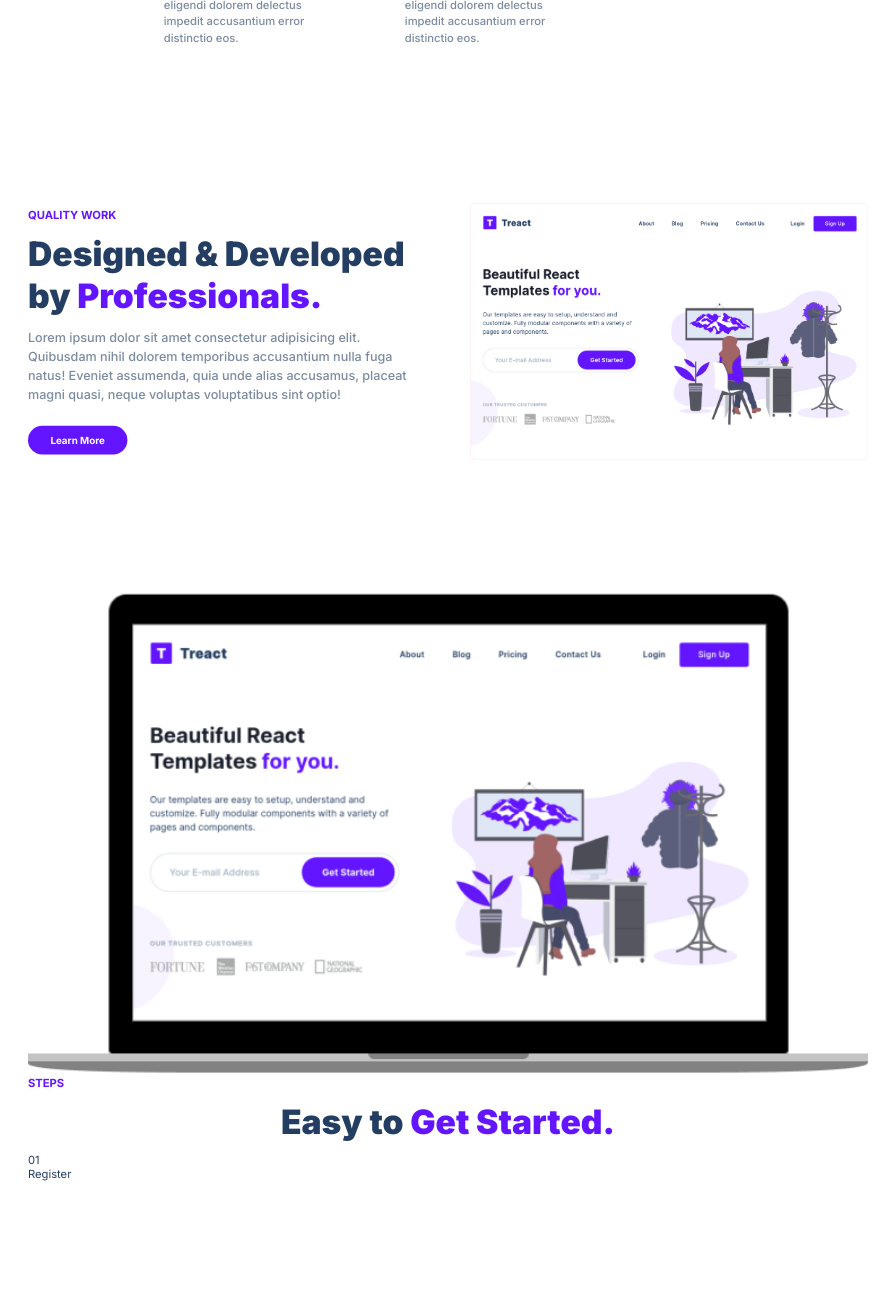
Repository: avivanguyen/m2_fianlProject
Page: index.html
These files come from the project's save history. The page is drawn as it stood at one moment and after a run of saves; the edit follows.
The browser window is 1280 px wide. The pictures show the part of the page from y = 2045 to 3965 px (the page is 3925 px tall before and 3965 px after), at 70% of full size.
Some web libraries are served in a nearby version.

Above is the page before, as saved 2025-12-09 02:21:38.

After the next 5 saves:
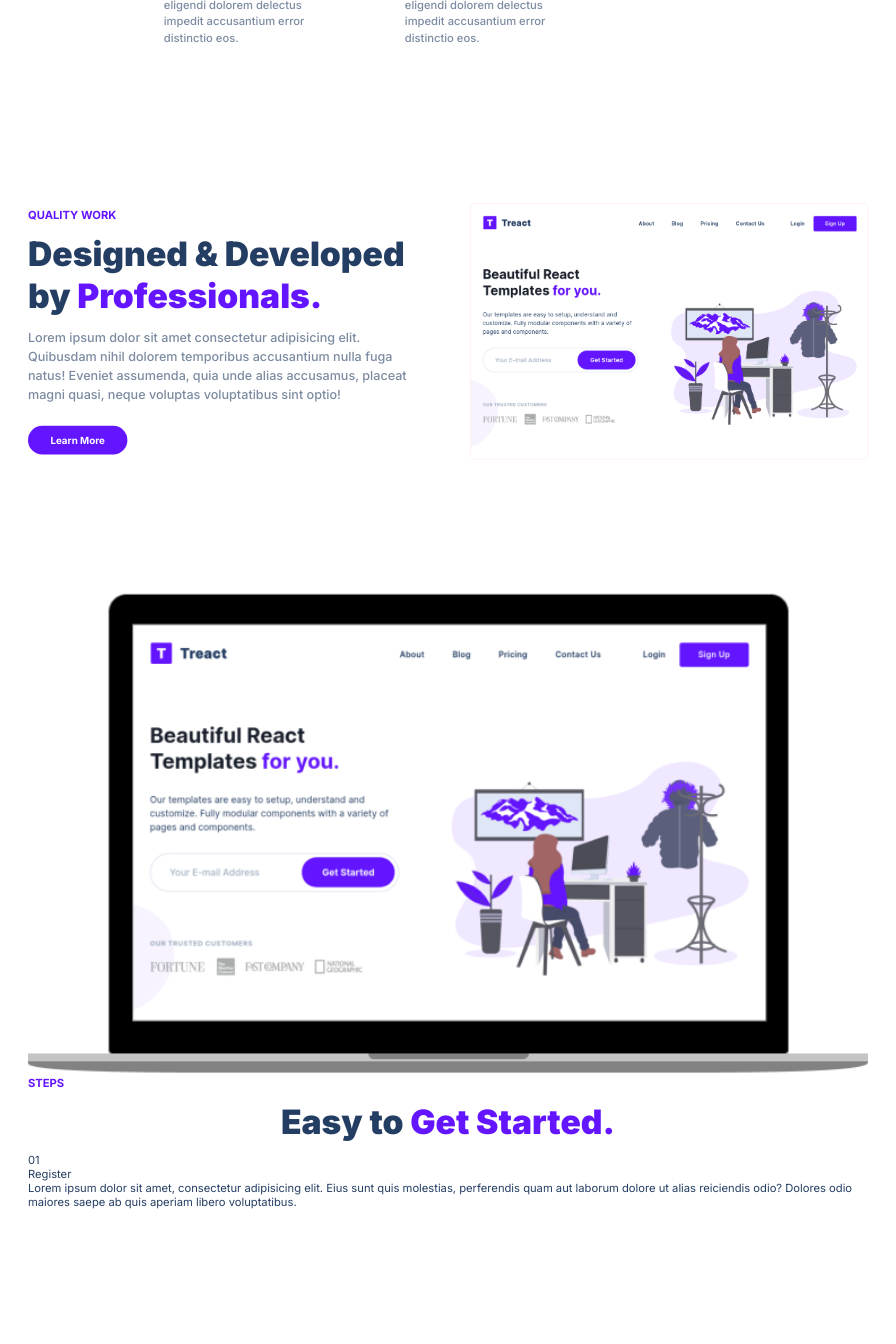
The 5 saves are shown as one change because they came seconds apart.
The last was saved 13 s later.
--- a/index.html
+++ b/index.html
@@ -167,6 +167,7 @@
                                 <div class="step__number">01</div>
                                 <div class="step__description">
                                     <div class="step__title">Register</div>
+                                    <div class="step__para">Lorem ipsum dolor sit amet, consectetur adipisicing elit. Eius sunt quis molestias, perferendis quam aut laborum dolore ut alias reiciendis odio? Dolores odio maiores saepe ab quis aperiam libero voluptatibus.</div>
                                 </div>
                             </div>
                         </div>
